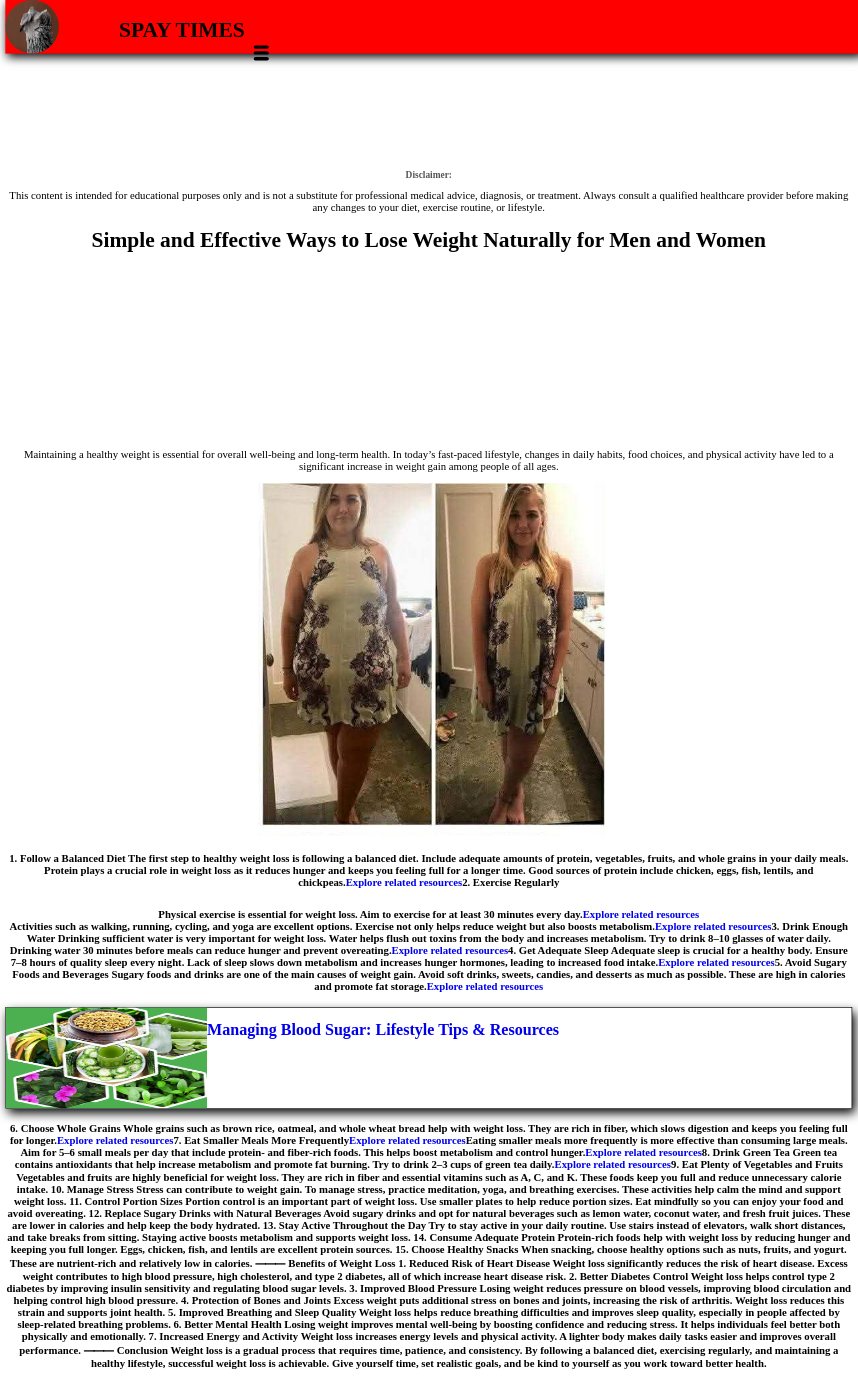
Repository: ridhukhan/spytimes
Page: /weightlose
These files come from the project's save history. The page is drawn as it stood at one moment and after the next save; the edit follows.
The browser window is 1280 px wide. The pictures show the whole page, at 67% of full size.
The project was rebuilt for these pictures with package versions that can differ from the ones it lists, and the page was loaded fresh each time. Also part of the build but not shown: vite.config.js, src/components/trending/Trending.jsx, src/pages/home/Home.jsx, src/components/policy/PrivecyPolicy.jsx, src/components/policy/Terms.jsx, src/components/trending/TrendingDetails.jsx, src/pages/heath/Dieabeties.jsx, src/pages/heath/Health.jsx and 1 more.

Above is the page before, as saved 2026-01-12 16:42:57.

After the next save:
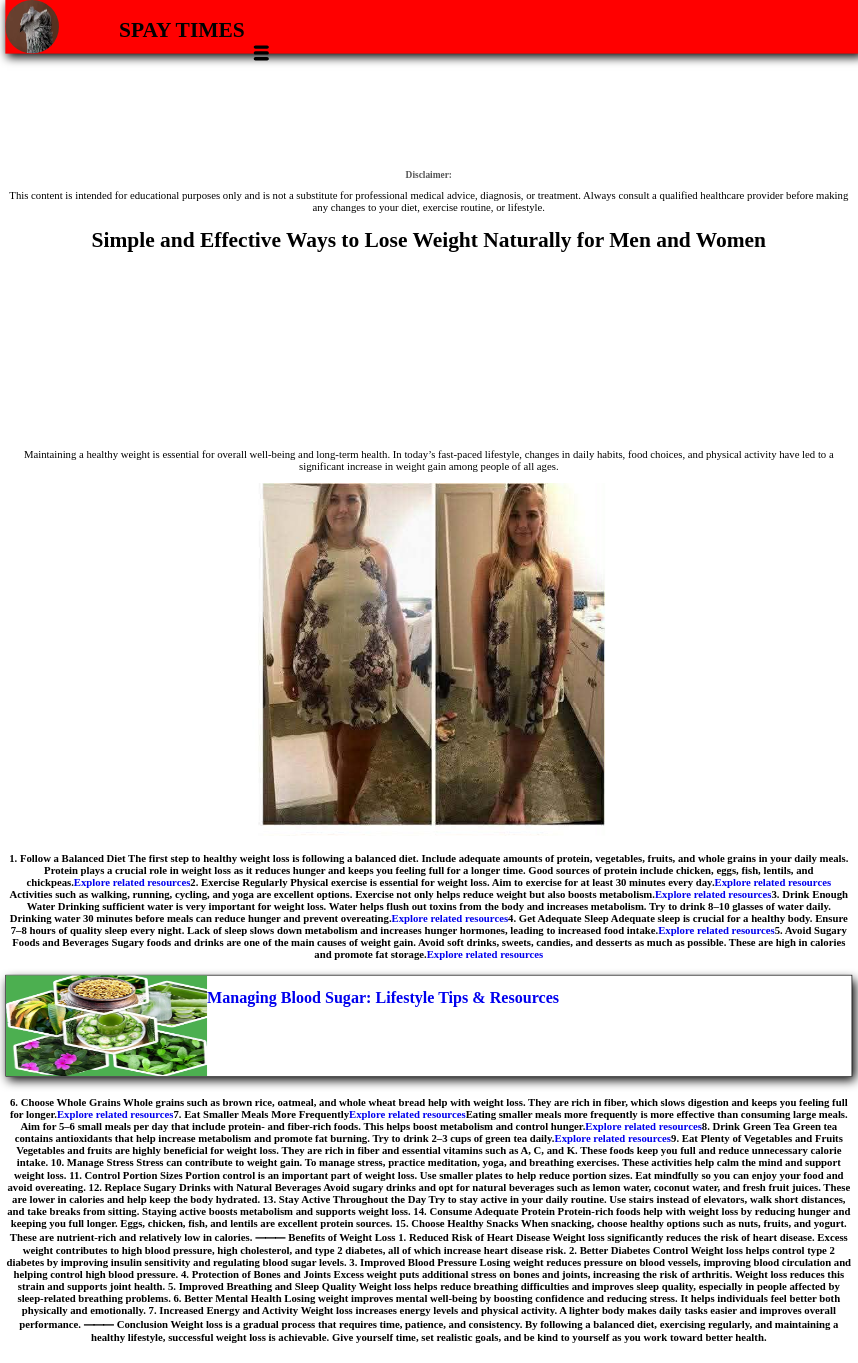
Saved 2 min 7 s later.
--- a/src/pages/heath/WeightLose.jsx
+++ b/src/pages/heath/WeightLose.jsx
@@ -25,7 +25,7 @@ The first step to healthy weight loss is following a balanced diet. Include adeq
 Explore related resources
 </a>
 2. Exercise Regularly
-<MidAd/>
+
 Physical exercise is essential for weight loss. Aim to exercise for at least 30 minutes every day.
 <a href="https://www.effectivegatecpm.com/b4s3z1g3h3?key=624d68387e04f583c66e77df9c6d18a7" target="_blank" rel="nofollow">
 Explore related resources
@@ -59,6 +59,8 @@ Explore related resources
 <Link to={"/blood-sugar-natural-tips"}><h2 >Managing Blood Sugar: Lifestyle Tips & Resources</h2></Link>
 </div>
 <h4>
+
+ </h4><MidAd/> <h4>
 6. Choose Whole Grains
 
 Whole grains such as brown rice, oatmeal, and whole wheat bread help with weight loss. They are rich in fiber, which slows digestion and keeps you feeling full for longer.
